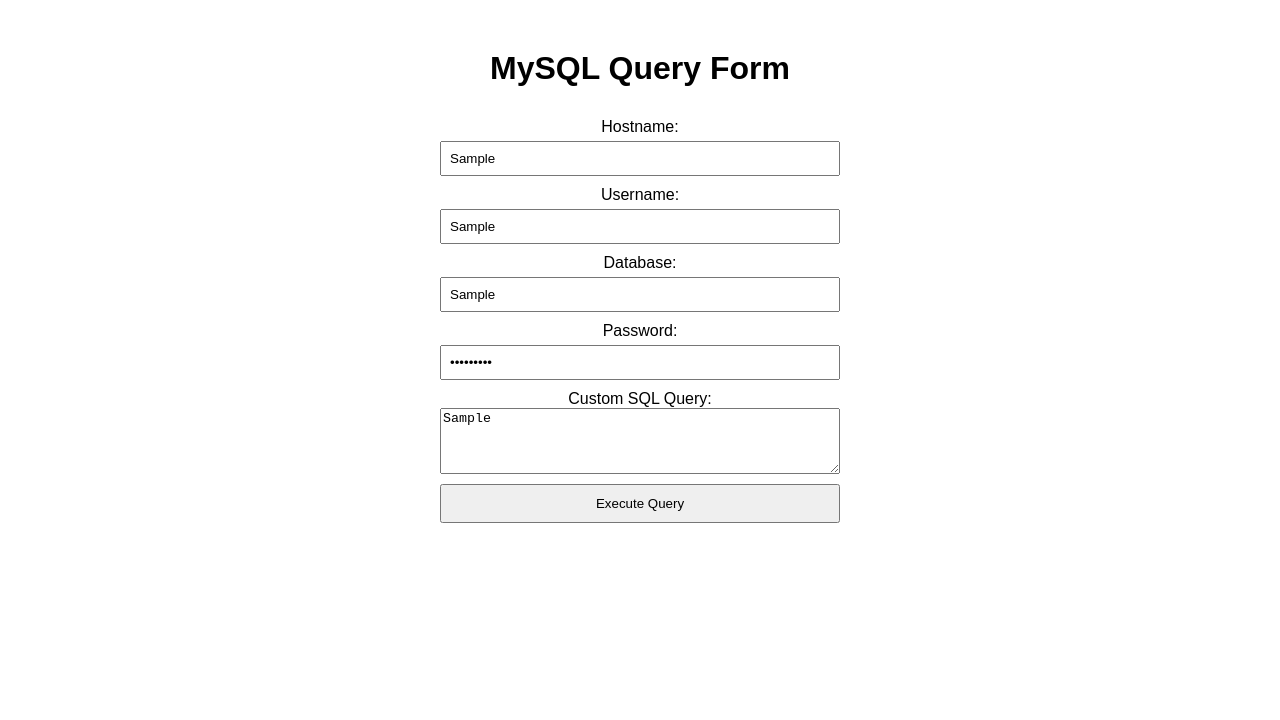
Repository: sweety-124/data-visualization-app
Page: http://localhost/
These files come from the project's save history. The page is drawn as it stood at one moment and after the next save; the edit follows.
The browser window is 1280 px wide. The pictures show the whole page.
Empty fields were first filled with sample values (such as "Sample", 5 or name@example.com).
After loading, the first visible `button` was clicked once.
The page is run by PHP 8.4 with error messages shown; the project is at /var/www/html/.

Above is the page before, as saved 2023-12-19 23:03:27.
Console error: ReferenceError: google is not defined

After the next save:
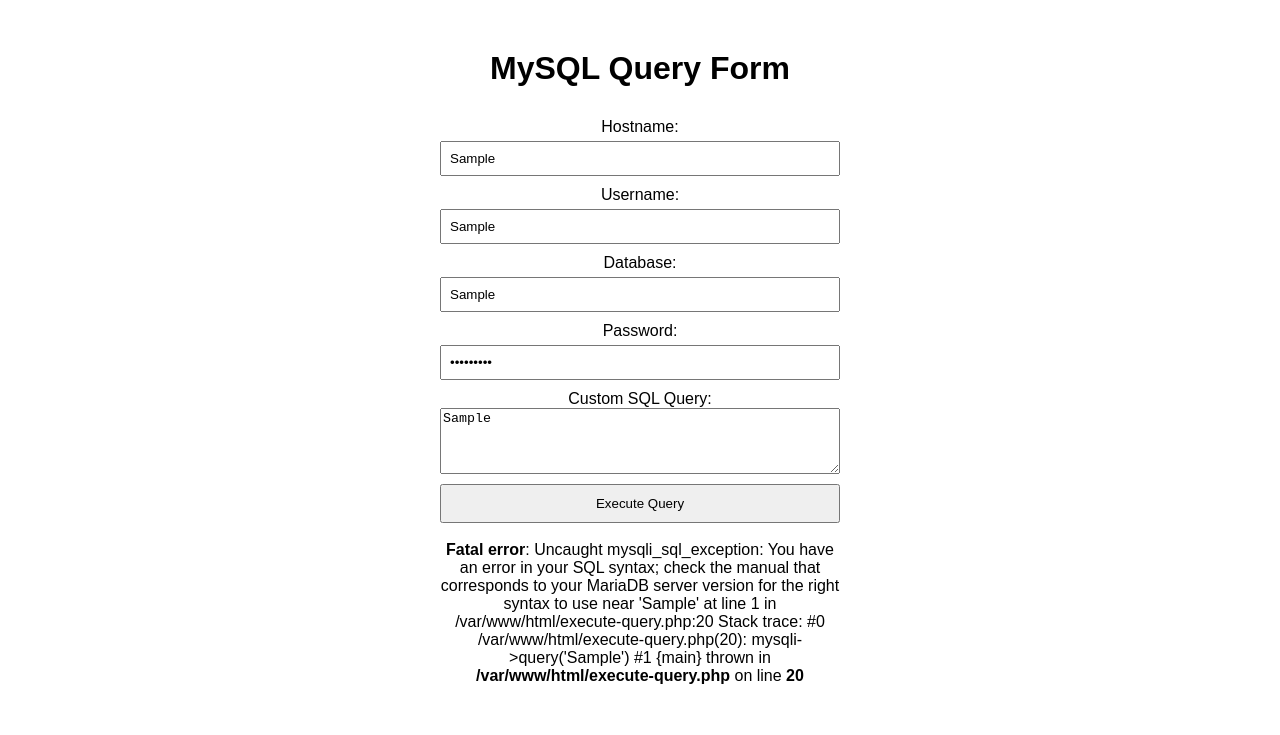
The error is gone.
Saved 6 min 30 s later.
--- a/assets/script.js
+++ b/assets/script.js
@@ -1,6 +1,4 @@
 // assets/script.js
-
-google.charts.load('current', { 'packages': ['corechart'] });
 
 function submitForm() {
     const form = document.getElementById('queryForm');
@@ -11,33 +9,15 @@
     const formDataString = new URLSearchParams(formData).toString();
 
     fetch('execute-query.php', {
-        method: 'POST',
-        headers: {
-            'Content-Type': 'application/x-www-form-urlencoded',
-        },
-        body: formDataString,
+      method: 'POST',
+      headers: {
+        'Content-Type': 'application/x-www-form-urlencoded',
+      },
+      body: formDataString,
     })
-    .then(response => response.json())
+    .then(response => response.text())
     .then(data => {
-        drawBarChart(data, resultContainer);
+      resultContainer.innerHTML = data;
     })
     .catch(error => console.error('Error:', error));
-}
-
-function drawBarChart(data, container) {
-    const dataTable = new google.visualization.DataTable();
-    dataTable.addColumn('string', 'Label');
-    dataTable.addColumn('number', 'Value');
-
-    data.forEach((value, index) => {
-        dataTable.addRow([`Data Point ${index + 1}`, value]);
-    });
-
-    const options = {
-        title: 'Result Visualization',
-        legend: { position: 'bottom' },
-    };
-
-    const chart = new google.visualization.BarChart(container);
-    chart.draw(dataTable, options);
-}
+  }
